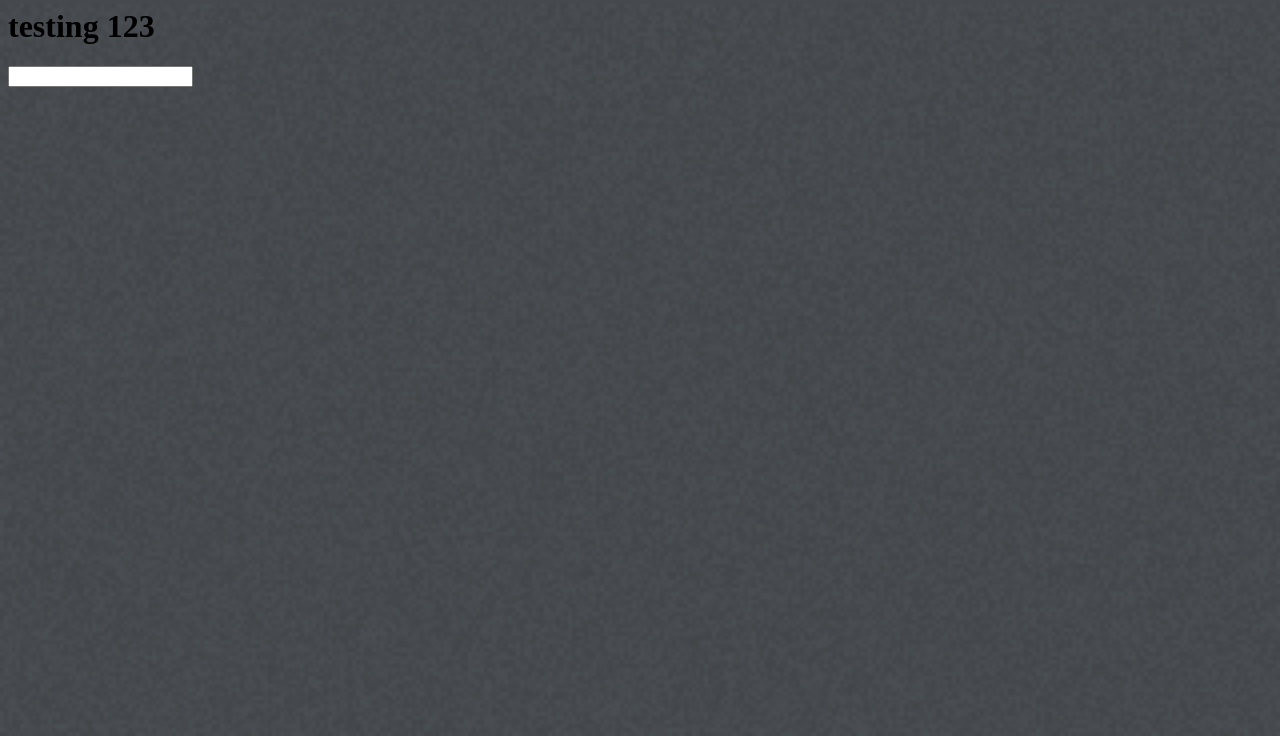
Repository: appcelerator-forks/appcelerator-training.tcmd_certification
Page: workspace/BountyHunter/Resources/html/addForm.html
An editor plug-in stored every save of this project. The page is shown before and after the next save, followed by the edit.
The browser window is 1280 px wide. The page is 1288 px wide, then 1280 px, so the pictures cover 1288 px, including what lies to the right of the window. The pictures show the whole page.

Above is the page before, as saved 2011-07-21 07:23:43.

### workspace/BountyHunter/Resources/html/addForm.html
<html>
	<script>

	</script>
	<body style="background:url(../images/grain.png) no-repeat;background-size:100%;width:100%;height:100%">
		<h1>testing 123</h1>
		<div>
			<input type="text"/>
		</div>
	</body>
</html>

After the next save:
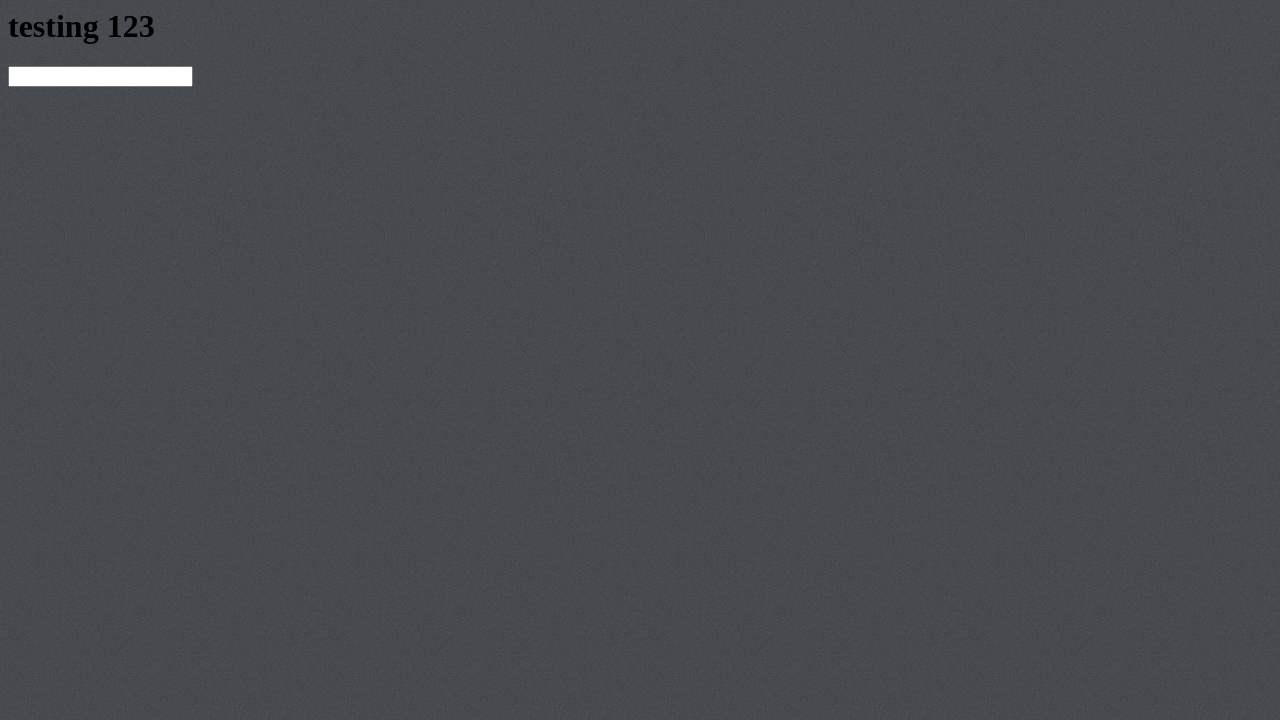
Saved 25 s later.
--- a/workspace/BountyHunter/Resources/html/addForm.html
+++ b/workspace/BountyHunter/Resources/html/addForm.html
@@ -2,7 +2,7 @@
 	<script>
 
 	</script>
-	<body style="background:url(../images/grain.png) no-repeat;background-size:100%;width:100%;height:100%">
+	<body style="background:url(../images/grain.png);">
 		<h1>testing 123</h1>
 		<div>
 			<input type="text"/>
